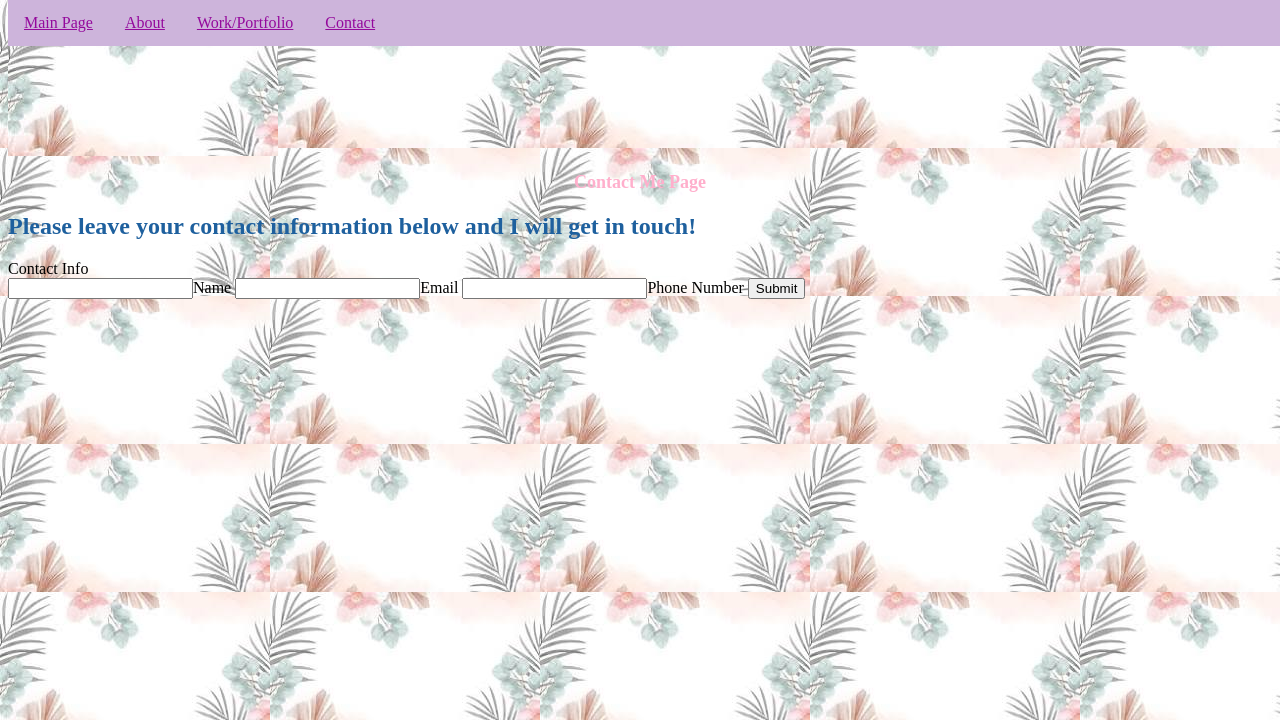
Repository: MelindaN14/My-Personal-Website
Page: contact.html
These files come from the project's save history. The page is drawn as it stood at one moment and after the next save; the edit follows.
The browser window is 1280 px wide. The pictures show the whole page.

Above is the page before, as saved 2024-03-25 22:46:45.

After the next save:
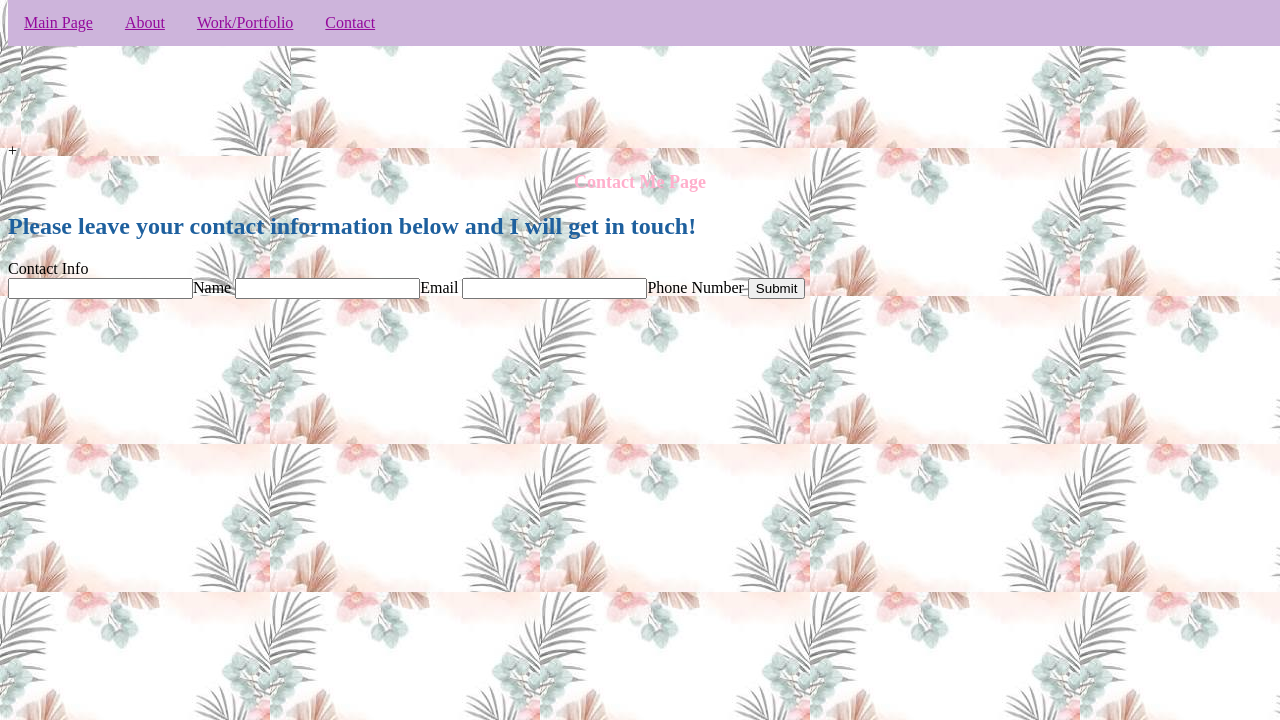
Saved 3 min 21 s later.
--- a/contact.html
+++ b/contact.html
@@ -1,4 +1,4 @@
-<!DOCTYPE html>
++<!DOCTYPE html>
 <html lang="en">
   <head>
     <meta charset="UTF-8" />
